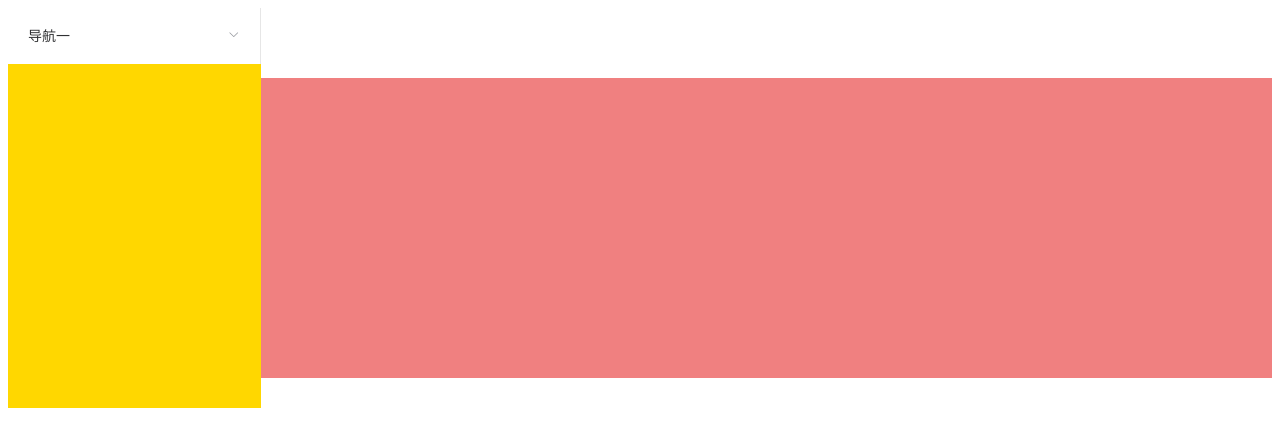
Repository: he-ming-de/vue-back
Page: /
An editor plug-in stored every save of this project. The page is shown before and after a run of saves, followed by the edit.
The browser window is 1280 px wide. The pictures show the whole page.
The page's requests for data from a server got no answer. The project was rebuilt for these pictures with package versions that can differ from the ones it lists, and the page was loaded fresh each time. No one was signed in, and anything a server would have sent is missing.

Above is the page before, as saved 2020-08-27 15:55:29.

After the next 6 saves:
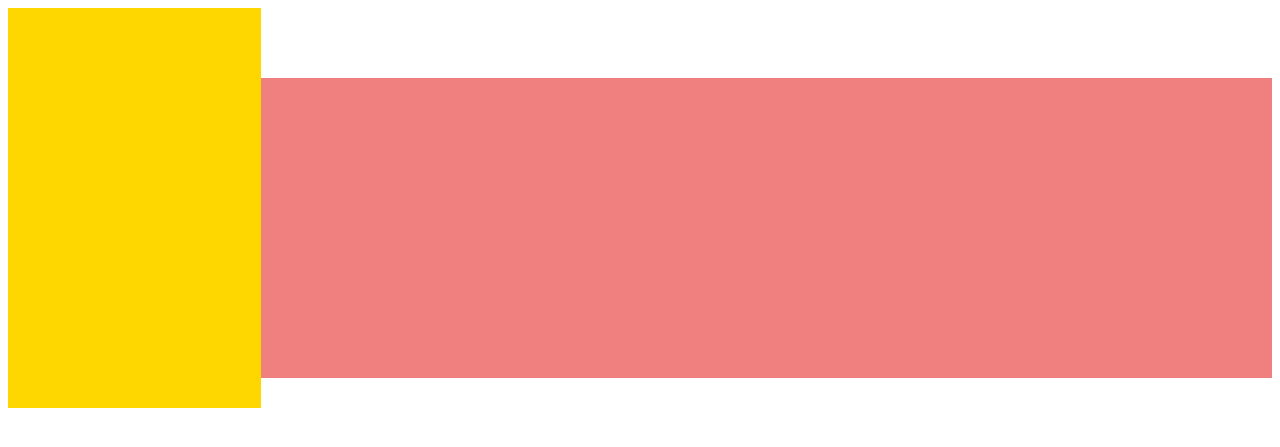
The 6 saves are shown as one change because 1 did not build or start and some came seconds apart.
The last was saved 17 s later.
--- a/src/views/Home.vue
+++ b/src/views/Home.vue
@@ -9,7 +9,7 @@
             @open="handleOpen"
             @close="handleClose"
           >
-            <el-submenu v-for="" index="1">
+            <el-submenu v-for="(item,index) in list" :key="index" index="1">
               <template slot="title">
                 <span>导航一</span>
               </template>
